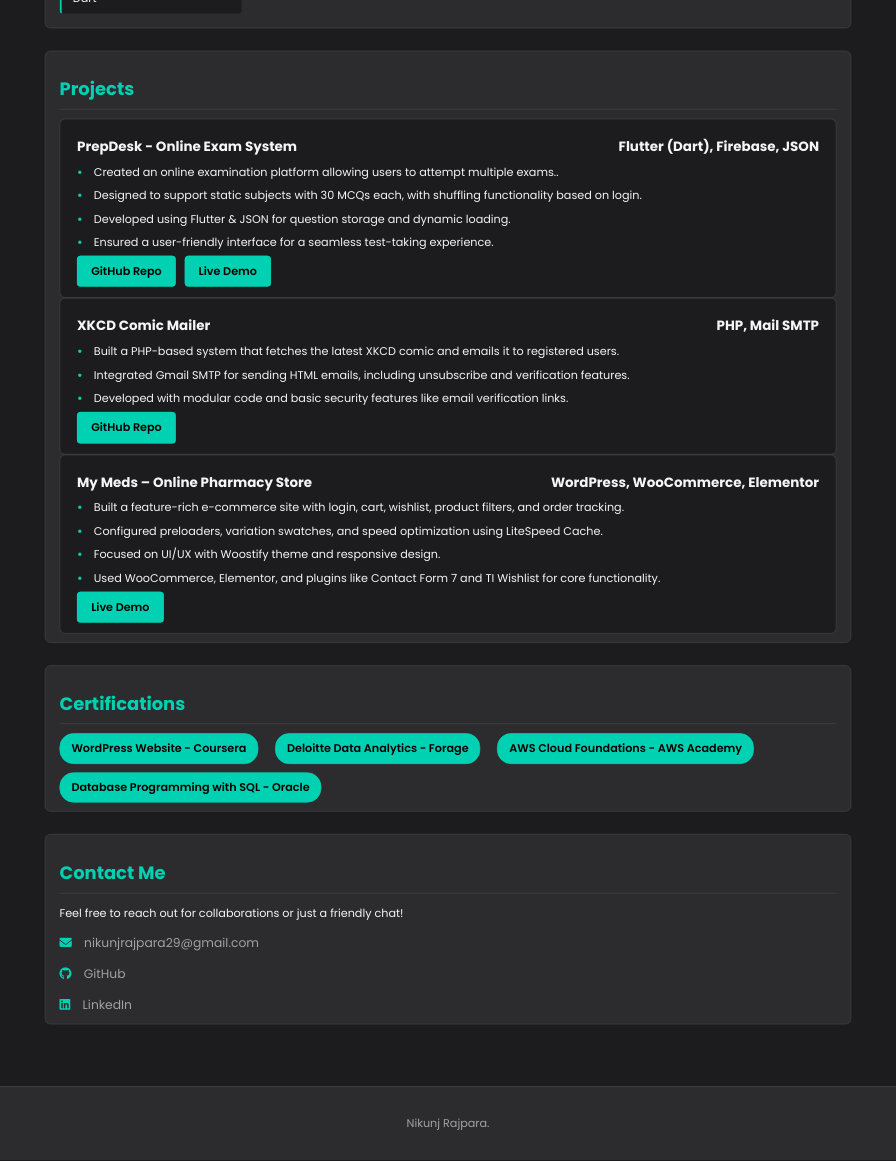
Repository: NikunjRajpara/portfolio
Page: index.html
The author's editor kept a copy of each file at every save. The page is drawn from the files as they stood at one save, then again after the next save.
The browser window is 1280 px wide. The pictures show the part of the page from y = 1928 to 3848 px (the page is 3586 px tall before and 3848 px after), at 70% of full size.

Above is the page before, as saved 2025-07-23 11:13:18.

### index.html
<!DOCTYPE html>
<html lang="en">
<head>
    <meta charset="UTF-8">
    <meta name="viewport" content="width=device-width, initial-scale=1.0">
    <title>Nikunj Rajpara | Personal Portfolio</title>
    <link rel="stylesheet" href="style.css">
    <link rel="preconnect" href="https://fonts.googleapis.com">
    <link rel="preconnect" href="https://fonts.gstatic.com" crossorigin>
    <link href="https://fonts.googleapis.com/css2?family=Poppins:wght@300;400;600;700&display=swap" rel="stylesheet">
    <link rel="stylesheet" href="https://cdnjs.cloudflare.com/ajax/libs/font-awesome/6.5.1/css/all.min.css">
</head>
<body>

    <!-- Header Section -->
    <header>
        <nav>
            <div class="logo">Nikunj Rajpara</div>
            <ul class="nav-links">
  <li><a href="#about">About</a></li>
  <li><a href="#education">Education</a></li>
  <li><a href="#experience">Experience</a></li>
  <li><a href="#skills">Skills</a></li>
  <li><a href="#projects">Projects</a></li>
  <li><a href="#certifications">Certifications</a></li>
  <li><a href="#contact">Contact</a></li>
</ul>

        </nav>
    </header>

    <!-- Main Content -->
    <main>
        <!-- Hero Section -->
        <section id="hero">
            <div class="hero-content">
                <img src="https://github.com/user-attachments/assets/263757a8-381b-4890-8bf0-0c66ba8d1ebf" alt="Profile Picture of Nikunj Rajpara" class="profile-img">
                <div class="hero-text">
                    <h1>MERN Stack Developer</h1>
                    <p>A passionate developer focused on building secure, scalable, and modern web applications.</p>
                </div>
            </div>
        </section>

        <!-- About Section -->
        <section id="about">
            <h2>About Me</h2>
            <div class="About-item">
            <ul class="introduction">
                    <li>I'm a Computer Engineering student at Marwadi University, passionate about exploring how technology works and bringing ideas to life through hands-on experience. With a strong foundation, I am sharpening my skills as a Mern Stack Intern at BrainyBeam Technologies.</li>
                    <li> I thrive on turning ideas into functional, scalable solutions. With hands-on experience and a solid understanding, I am now expanding my horizons into open-source development. I’ve learned the importance of clean code, version control, and team collaboration — all principles I carry into every project.</li>
                    <li> I’m actively seeking internship opportunities in software development and tech-driven roles where I can grow, collaborate, and make an impact.</li>
                    <li>Let’s connect!</li>
                    </div>
        </section>

        <!-- Education Section -->
<section id="education">
  <h2>Education</h2>
  <div class="education-item">
    <p><strong>Marwadi University, Rajkot</strong></p>
    <p><strong>Computer Engineering - Diploma</strong><br>Oct 2020 - May 2023 | CGPA: 8.13</p>
  </div>
  <div class="education-item">
    <p><strong>Marwadi University, Rajkot</strong></p>
    <p><strong>Computer Engineering - B. Tech</strong><br>Sept 2023 - May 2026</p>
  </div>
</section>

        <!-- Experience Section -->
        <section id="experience">
            <h2>Experience</h2>
            <div class="experience-item">
                <div class="experience-header">
                    <h3>Brainy Beam Technologies | MERN Stack Intern</h3>
                    <span class="experience-location">Ahmedabad, Gujarat | May 2025 – June 2025</span>
                </div>
                <ul class="experience-details">
                    <li>Developed secure authentication and registration flows with real-time validation and structured error handling.</li>
                    <li>Built Core page layouts including routing, profile modules, and dashboard navigation with a clean, scalable architecture.</li>
                    <li>Followed modern web development standards and clean code practices, ensuring maintainability, performance, and security.</li>
                </ul>
            </div>
        </section>

        <!-- Skills Section -->
        <section id="skills">
            <h2>My Skills</h2>
            <div class="skills-container">
                <div class="skill-category">
                    <h3>Programming Languages</h3>
                    <ul>
                        <li>PHP</li>
                        <li>HTML & CSS</li>
                        <li>JavaScript</li>
                        <li>SQL</li>
                        <li>Dart</li>
                    </ul>
                </div>
                <div class="skill-category">
                    <h3>Libraries & Frameworks</h3>
                    <ul>
                        <li>React</li>
                        <li>Node</li>
                        <li>Flutter</li>
                    </ul>
                </div>
                <div class="skill-category">
                    <h3>Tools & Platforms</h3>
                    <ul>
                        <li>VS Code</li>
                        <li>Git & GitHub</li>
                        <li>Netlify</li>
                    </ul>
                </div>
                <div class="skill-category">
                    <h3>Databases</h3>
                    <ul>
                        <li>MySQL</li>
                        <li>Firebase</li>
                    </ul>
                </div>
            </div>
        </section>

        <!-- Projects Section -->
        <section id="projects">
            <h2>Projects</h2>
            <div class="project-card">
                <div class="project-header">
                    <h3>PrepDesk - Online Exam System</h3>
                    <span class="project-tech">Flutter (Dart), Firebase, JSON</span>
                </div>
                <ul class="project-details">
                    <li>Created an online examination platform allowing users to attempt multiple exams..</li>
                    <li>Designed to support static subjects with 30 MCQs each, with shuffling functionality based on login.</li>
                    <li>Developed using Flutter & JSON for question storage and dynamic loading.</li>
                    <li>Ensured a user-friendly interface for a seamless test-taking experience.</li>
                <div class="project-links">
                    <a href="https://github.com/NikunjRajpara/prepdesk" class="btn-link">GitHub Repo</a>
                    <a href="https://prepdeskexam.netlify.app/" class="btn-link">Live Demo</a>
                </div>
            </div>

            <div class="project-card">
  <div class="project-header">
    <h3>XKCD Comic Mailer</h3>
    <span class="project-tech">PHP, Mail SMTP</span>
  </div>
  <ul class="project-details">
    <li>Built a PHP-based system that fetches the latest XKCD comic and emails it to registered users.</li>
    <li>Integrated Gmail SMTP for sending HTML emails, including unsubscribe and verification features.</li>
    <li>Developed with modular code and basic security features like email verification links.</li>
  </ul>
  <div class="project-links">
    <a href="https://github.com/NikunjRajpara/XKCD-Comic" class="btn-link">GitHub Repo</a>
  </div>
</div>

<div class="project-card">
  <div class="project-header">
    <h3>My Meds – Online Pharmacy Store</h3>
    <span class="project-tech">WordPress, WooCommerce, Elementor</span>
  </div>
  <ul class="project-details">
    <li>Built a feature-rich e-commerce site with login, cart, wishlist, product filters, and order tracking.</li>
    <li>Configured preloaders, variation swatches, and speed optimization using LiteSpeed Cache.</li>
    <li>Focused on UI/UX with Woostify theme and responsive design.</li>
    <li>Used WooCommerce, Elementor, and plugins like Contact Form 7 and TI Wishlist for core functionality.</li>
  </ul>
  <div class="project-links">
    <a href="https://mymeds.42web.io/" class="btn-link">Live Demo</a>
  </div>
</div>

        </section>

       <!-- Certifications Section -->
<section id="certifications">
  <h2>Certifications</h2>
  <div class="certifications-container">
    <a href="https://www.coursera.org/account/accomplishments/verify/JCHUG2V3B9CD" target="_blank" class="cert-badge">WordPress Website - Coursera</a><br>
    <a href="https://forage-uploads-prod.s3.amazonaws.com/completion-certificates/9PBTqmSxAf6zZTseP/io9DzWKe3PTsiS6GG_9PBTqmSxAf6zZTseP_cTxrjBYMDmJePsFNL_1745661196625_completion_certificate.pdf" target="_blank" class="cert-badge">Deloitte Data Analytics - Forage</a><br>
    <a href="https://www.credly.com/badges/220a269f-0b0c-48c9-b872-8cb1258a5f5d" target="_blank" class="cert-badge">AWS Cloud Foundations - AWS Academy</a><br>
    <a href="https://drive.google.com/file/d/12mJQulLoDs20k5aMf6YPIAZCJ1PORaJe/view" target="_blank" class="cert-badge">Database Programming with SQL - Oracle</a><br>
  </div>
</section>



        <!-- Contact Section -->
        <aside id="contact">
            <h2>Contact Me</h2>
            <p>Feel free to reach out for collaborations or just a friendly chat!</p>
            <div class="contact-links">
                <a href="mailto:nikunjrajpara29@gmail.com"><i class="fas fa-envelope"></i> nikunjrajpara29@gmail.com</a>
                <a href="https://github.com/NikunjRajpara"><i class="fab fa-github"></i> GitHub</a>
                <a href="https://www.linkedin.com/in/nikunj-rajpara-4628a0247/"><i class="fab fa-linkedin"></i> LinkedIn</a>
            </div>
        </aside>
    </main>

    <!-- Footer -->
    <footer>
        <p>Nikunj Rajpara.</p>
    </footer>

</body>
</html>

### style.css
/* CSS Variables for easy color changes */
:root {
    --primary-neon: #00d1b2; /* A vibrant, modern teal/neon color */
    --background-dark: #1c1c1e;
    --content-dark: #2c2c2e;
    --text-light: #f5f5f7;
    --text-muted: #a1a1a6;
    --border-color: #444;
}

/* FIX: This tells the browser to leave 80px of space at the top when scrolling to an element */
html {
    scroll-behavior: smooth;
    scroll-padding-top: 80px;
}

/* General Body Styles */
body {
    font-family: 'Poppins', sans-serif;
    margin: 0;
    padding: 0;
    background-color: var(--background-dark);
    color: var(--text-light);
    line-height: 1.6;
}

/* Header and Navigation */
header {
    background-color: var(--content-dark);
    box-shadow: 0 2px 4px rgba(0,0,0,0.3);
    padding: 1rem 5%;
    position: sticky;
    top: 0;
    z-index: 1000;
}

nav {
    display: flex;
    justify-content: space-between;
    align-items: center;
}

.logo {
    font-size: 1.5rem;
    font-weight: 700;
    color: var(--primary-neon);
    text-shadow: 0 0 5px rgba(0, 209, 178, 0.7);
}

.nav-links {
    list-style: none;
    display: flex;
    gap: 1.5rem;
    margin: 0;
    padding: 0;
}

.nav-links a {
    text-decoration: none;
    color: var(--text-muted);
    font-weight: 600;
    transition: color 0.3s ease, text-shadow 0.3s ease;
}

.nav-links a:hover {
    color: var(--primary-neon);
    text-shadow: 0 0 3px rgba(0, 209, 178, 0.5);
}

/* Main Content and Sections */
main {
    padding: 1.5rem 5%;
}

section, aside {
    margin-bottom: 2rem;
    padding: 0.75rem 1.25rem; /* Reduced top and bottom padding */
    background-color: var(--content-dark);
    border-radius: 8px;
    border: 1px solid var(--border-color);
}

h1, h2, h3 {
    color: var(--text-light);
}

h1 {
    font-size: 2.5rem;
    margin-bottom: 0.5rem;
}

h2 {
    font-size: 1.6rem;
    color: var(--primary-neon);
    margin-bottom: 0.8rem;
    border-bottom: 1px solid var(--border-color);
    padding-bottom: 0.5rem;
}

/* Hero Section */
#hero {
    background: none;
    border: none;
    text-align: center;
    padding-top: 1rem;
}

.hero-content {
    display: flex;
    flex-direction: column;
    align-items: center;
    gap: 0.5rem; /* Reduced gap */
}

.profile-img {
    width: 150px;
    height: 150px;
    border-radius: 50%;
    border: 4px solid var(--primary-neon);
    box-shadow: 0 0 25px rgba(0, 209, 178, 0.5);
}

.hero-text h1 {
    color: var(--text-light);
    font-weight: 700;
    margin: 0; /* Removed all margins */
    line-height: 1.2; /* Tightened line height */
}

.hero-text p {
    font-size: 1.1rem;
    color: var(--text-muted);
    font-weight: 300;
    margin: 0; /* Removed all margins */
}

.introduction {
    list-style: none;
    padding-left: 0;
    margin: 0;
}
.About-item {
    background: var(--background-dark);
    padding: 1.5rem;
    border-radius: 8px;
    border: 1px solid var(--border-color);
}
.introduction{
    padding-left: 1.5rem;
    position: relative;
    margin-bottom: 0.5rem;
}

.introduction li::before {
    content: '•';
    color: var(--primary-neon);
    font-weight: bold;
    display: inline-block;
    position: absolute;
    left: 0;
}

/* Experience Section */
.experience-item {
    background: var(--background-dark);
    padding: 1.5rem;
    border-radius: 8px;
    border: 1px solid var(--border-color);
}

.experience-header {
    display: flex;
    justify-content: space-between;
    align-items: baseline;
    margin-bottom: 1rem;
}

.experience-header h3 {
    margin: 0;
    font-size: 1.2rem;
    font-weight: 700;
    color: var(--text-light);
}

.experience-location {
    font-size: 1.2rem;
    color: var(--text-light);
    font-style: normal;
    font-weight: 700;
    white-space: nowrap;
    padding-left: 1rem;
}

.experience-details {
    list-style: none;
    padding-left: 0;
    margin: 0;
}

.experience-details li {
    padding-left: 1.5rem;
    position: relative;
    margin-bottom: 0.5rem;
}

.experience-details li::before {
    content: '•';
    color: var(--primary-neon);
    font-weight: bold;
    display: inline-block;
    position: absolute;
    left: 0;
}

/* Skills Section */
.skills-container {
    display: grid;
    grid-template-columns: repeat(auto-fit, minmax(220px, 1fr));
    gap: 1.5rem;
}

.skill-category h3 {
    color: var(--primary-neon);
    font-size: 1.2rem;
    margin-bottom: 1rem;
}

.skill-category ul {
    list-style: none;
    padding: 0;
    margin: 0;
}

.skill-category li {
    background-color: var(--background-dark);
    padding: 0.6rem 1rem;
    margin-bottom: 0.5rem;
    border-radius: 5px;
    border-left: 3px solid var(--primary-neon);
    transition: transform 0.2s ease, box-shadow 0.2s ease;
}

.skill-category li:hover {
    transform: translateX(5px);
    box-shadow: 0 0 10px rgba(0, 209, 178, 0.3);
}


/* Projects Section */
.project-card {
    background: var(--background-dark);
    padding: 1.5rem;
    border-radius: 8px;
    border: 1px solid var(--border-color);
}

.project-header {
    display: flex;
    justify-content: space-between;
    align-items: baseline;
    margin-bottom: 0.5rem;
}

.project-header h3 {
    margin: 0;
    font-size: 1.2rem;
    font-weight: 700;
}

.project-tech {
    font-size: 1.2rem;
    color: var(--text-light);
    font-style: normal;
    font-weight: 700;
    white-space: nowrap;
    padding-left: 1rem;
}

.project-details {
    list-style: none;
    padding-left: 0;
    margin: 0;
}

.project-details li {
    padding-left: 1.5rem;
    position: relative;
    margin-bottom: 0.5rem;
}

.project-details li::before {
    content: '•';
    color: var(--primary-neon);
    font-weight: bold;
    display: inline-block;
    position: absolute;
    left: 0;
}

.project-links {
    margin-top: 1rem;
}

.btn-link {
    text-decoration: none;
    background-color: var(--primary-neon);
    color: #000;
    padding: 0.6rem 1.2rem;
    border-radius: 5px;
    font-weight: 600;
    transition: background-color 0.3s ease, box-shadow 0.3s ease;
    margin-right: 0.5rem;
    border: 1px solid var(--primary-neon);
}

.btn-link:hover {
    background-color: transparent;
    color: var(--primary-neon);
    box-shadow: 0 0 15px rgba(0, 209, 178, 0.6);
}

/* Contact Section */
#contact .contact-links {
    display: flex;
    flex-direction: column;
    gap: 1rem;
}

#contact .contact-links a {
    text-decoration: none;
    color: var(--text-muted);
    font-size: 1.1rem;
    transition: color 0.3s ease;
}

#contact .contact-links a:hover {
    color: var(--primary-neon);
}

#contact .contact-links i {
    margin-right: 0.8rem;
    color: var(--primary-neon);
}

/* Footer */
footer {
    text-align: center;
    padding: 1.5rem 5%;
    background-color: var(--content-dark);
    color: var(--text-muted);
    margin-top: 2rem;
    border-top: 1px solid var(--border-color);
}

/* Responsive Design */
@media (max-width: 768px) {
    nav {
        flex-direction: column;
        gap: 1rem;
    }

    .nav-links {
        flex-wrap: wrap;
        justify-content: center;
        gap: 0.5rem 1rem;
    }

    h1 {
        font-size: 2rem;
    }

    h2 {
        font-size: 1.5rem; /* Adjusted for mobile */
    }

    main {
        padding: 1.5rem 3%;
    }

    .skills-container {
        grid-template-columns: 1fr;
    }

    .experience-header,
    .project-header {
       flex-direction: column;
       align-items: flex-start;
       gap: 0.25rem;
    }
}

.certifications-container {
    display: flex;
    flex-wrap: wrap;
    gap: 0.75rem;
}

.cert-badge {
    display: inline-block;
    background-color: var(--primary-neon);
    color: #000;
    padding: 0.5rem 1rem;
    border-radius: 20px;
    font-weight: 600;
    text-decoration: none;
    transition: background-color 0.3s ease, color 0.3s ease, box-shadow 0.3s ease;
    border: 1px solid var(--primary-neon);
}

.cert-badge:hover {
    background-color: transparent;
    color: var(--primary-neon);
    box-shadow: 0 0 10px rgba(0, 209, 178, 0.6);
}

After the next save:
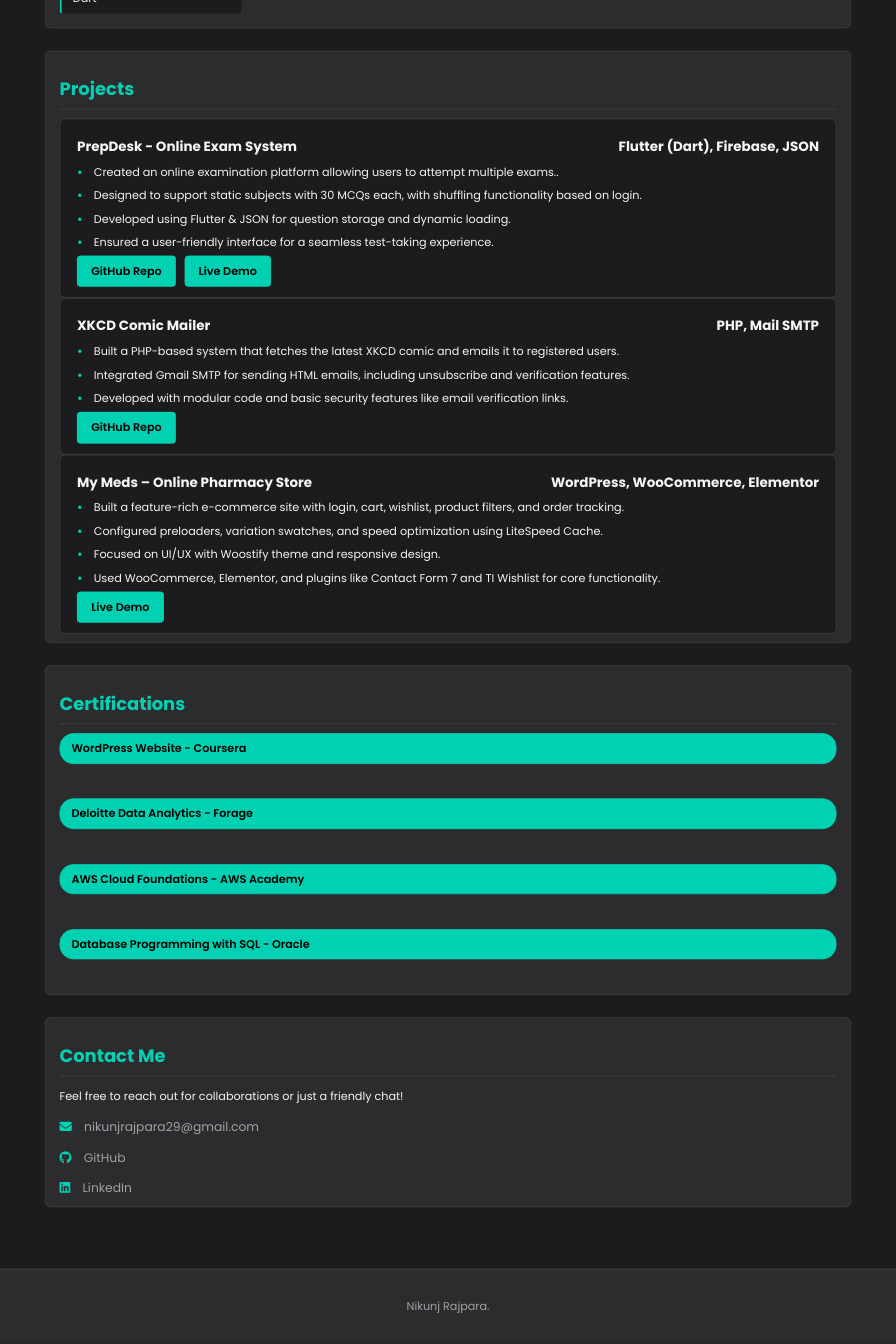
Saved 56 s later.
--- a/style.css
+++ b/style.css
@@ -391,9 +391,10 @@ footer {
 
 .certifications-container {
     display: flex;
-    flex-wrap: wrap;
+    flex-direction: column; /* Stack vertically */
     gap: 0.75rem;
 }
+
 
 .cert-badge {
     display: inline-block;
